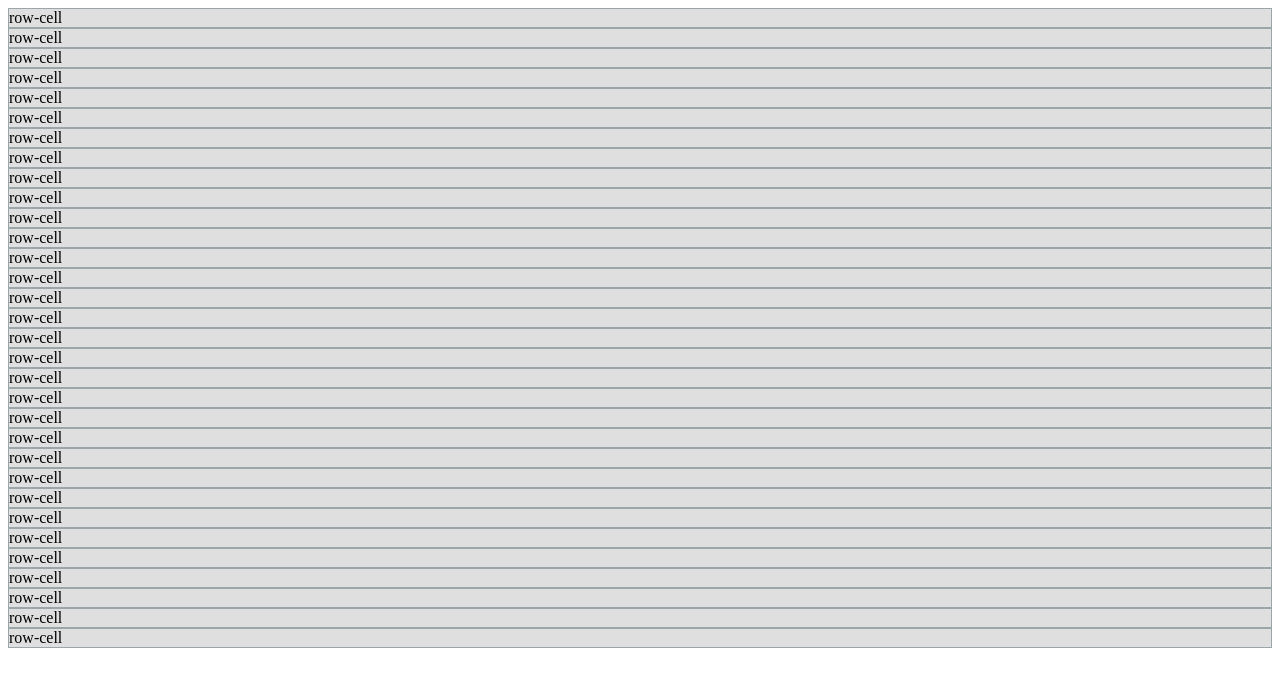
Repository: weazzyefff/Project-Etch-A-Sketch
Page: index.html
These files come from the project's save history. The page is drawn as it stood at one moment and after the next save; the edit follows.
The browser window is 1280 px wide. The pictures show the whole page.

Above is the page before, as saved 2022-11-29 20:22:52.

### index.html
<!DOCTYPE html>
<html>

<head>
	<meta charset="utf-8">
	<meta name="viewport" content="width=device-width, initial-scale=1">
	<title>Etch-A-Sketch</title>
    <link rel="stylesheet" href="style.css">
</head>

<body>
    <div id="container"></div>
	<script src="script.js"></script>
</body>

</html>

### style.css
#grid {
    display: grid;
    grid-template-columns: auto auto;
    grid-gap: 10px;
}


.cell {
    border: 1px solid #9ba6a8;
    background: #dfdfdf;
  }

### script.js

//Initial check to see that we are running on browser/ server
if (typeof window !== 'undefined') {
    console.log('You are on the browser')
  } else {
    console.log('You are on the server')
  }

//Select the container for the divs (from ID)
const container = document.querySelector('#container');

//Create Grid
const grid = getGrid(16,16);



function getGrid(rows, columns) {
 for (r = 1; r <= rows; r++) {
    let rowCell = document.createElement('div');
    rowCell.className = 'cell';
    rowCell.textContent = 'row-cell'
    container.appendChild(rowCell);
 }
 for (c = 1; c <= columns; c++) {
    let colCell = document.createElement('div');
    colCell.className = 'cell';
    colCell.textContent = 'row-cell'
    container.appendChild(colCell);

 }
}

After the next save:
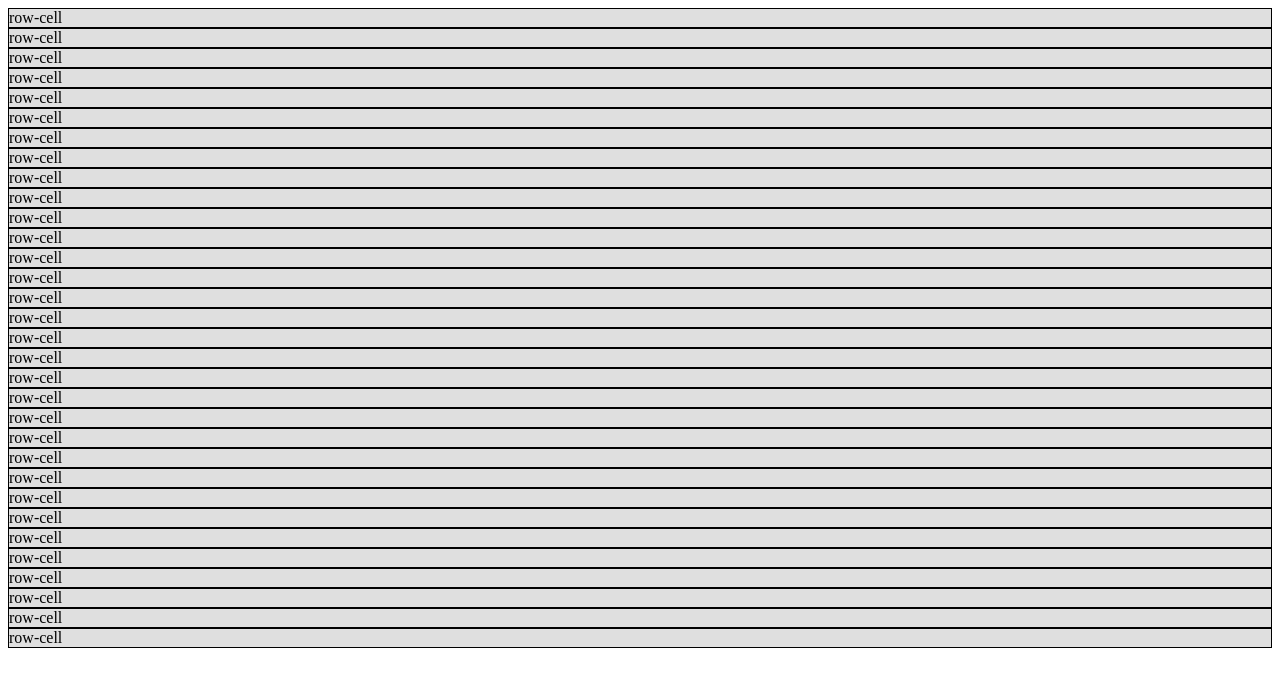
Saved 13 h 47 min later.
--- a/style.css
+++ b/style.css
@@ -1,6 +1,12 @@
+//:root {
+    --grid-cols: 1;
+    --grid-rows: 1;
+}
+
 #grid {
     display: grid;
     grid-template-columns: auto auto;
+    grid-template-rows: auto auto;
     grid-gap: 10px;
 }
 
@@ -8,4 +14,5 @@
 .cell {
     border: 1px solid #9ba6a8;
     background: #dfdfdf;
+    border: 1px solid black;
   }
